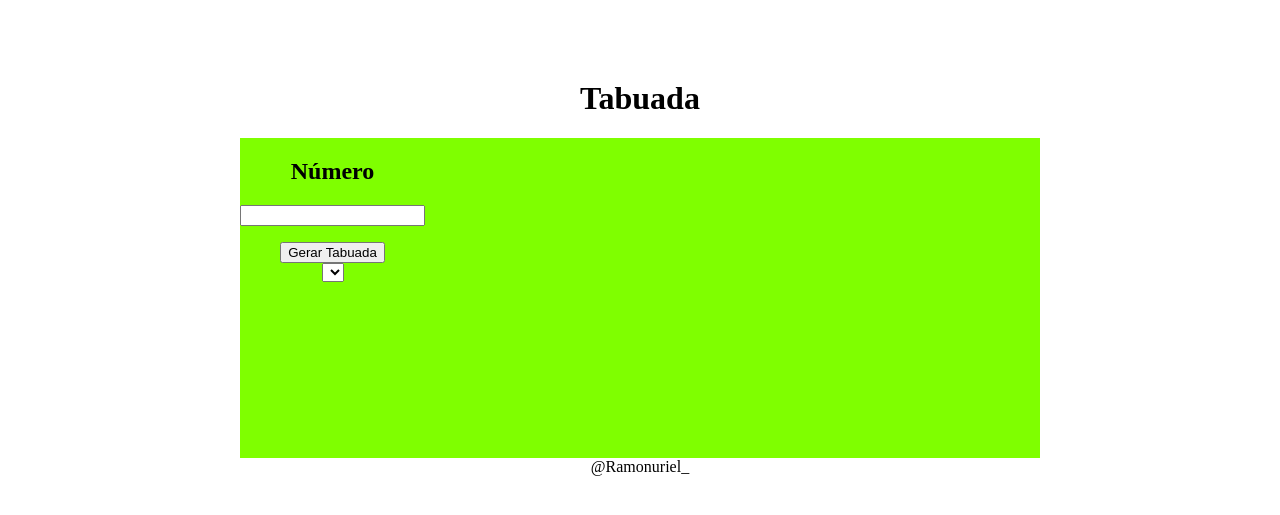
Repository: Ramonuriel/JS-Projetos
Page: Tabuada/tabuada.html
An editor plug-in stored every save of this project. The page is shown before and after the next save, followed by the edit.
The browser window is 1280 px wide. The pictures show the whole page.

Above is the page before, as saved 2023-01-04 15:18:39.

### Tabuada/tabuada.html
<!DOCTYPE html>
<html lang="pt-Br">

<head>
  <meta charset="UTF-8">
  <meta http-equiv="X-UA-Compatible" content="IE=edge">
  <meta name="viewport" content="width=device-width, initial-scale=1.0">
  <link rel="stylesheet" href="style.css">
  <title>Tabuada</title>
</head>

<body>

  <h1>Tabuada</h1>
  <section class="corpo">
    <section class="conteudo">

      <p>
      <h2>Número</h2>
      <input type="number" name="" id="entrada">
      </p>
      <input type="button" value="Gerar Tabuada">

      <div class="resultado">
        <select name="" id="saida"></select>
      </div>
    </section>

  </section>


  <footer>@Ramonuriel_
  </footer>
</body>

</html>

### Tabuada/style.css
body {
  margin: 0;
  padding: 0;
  text-align: center;
  margin-top: 5rem;
}

.corpo {
  display: inline-flex;
  width: 50rem;
  max-width: 80rem;
  height: 20rem;
  max-height: 40rem;
  background-color: chartreuse;
  justify-items: center;
}

After the next save:
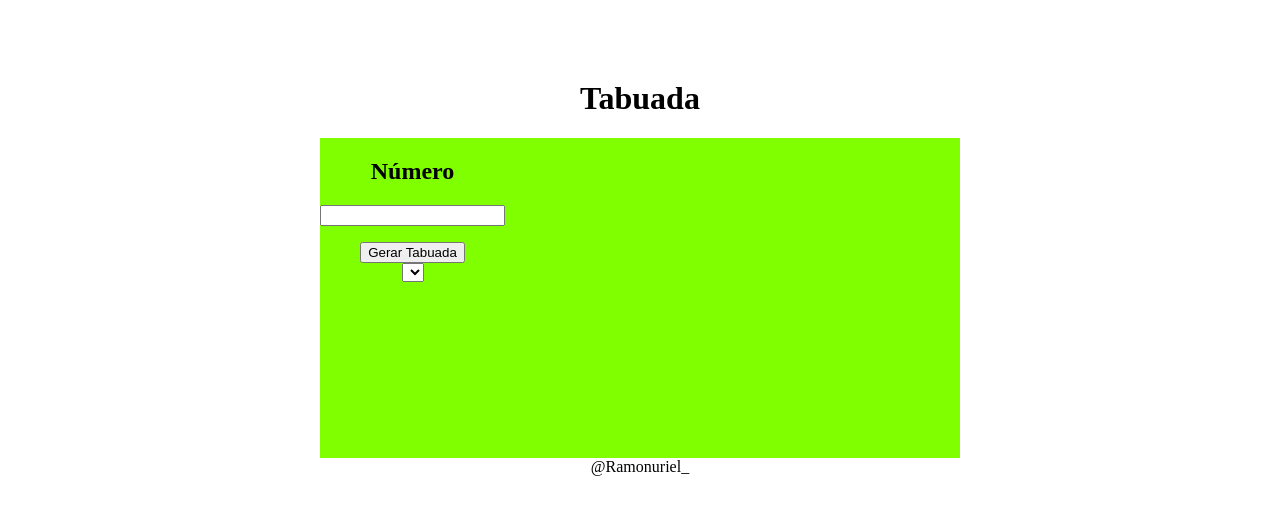
Saved 19 s later.
--- a/Tabuada/style.css
+++ b/Tabuada/style.css
@@ -7,7 +7,7 @@ body {
 
 .corpo {
   display: inline-flex;
-  width: 50rem;
+  width: 40rem;
   max-width: 80rem;
   height: 20rem;
   max-height: 40rem;
